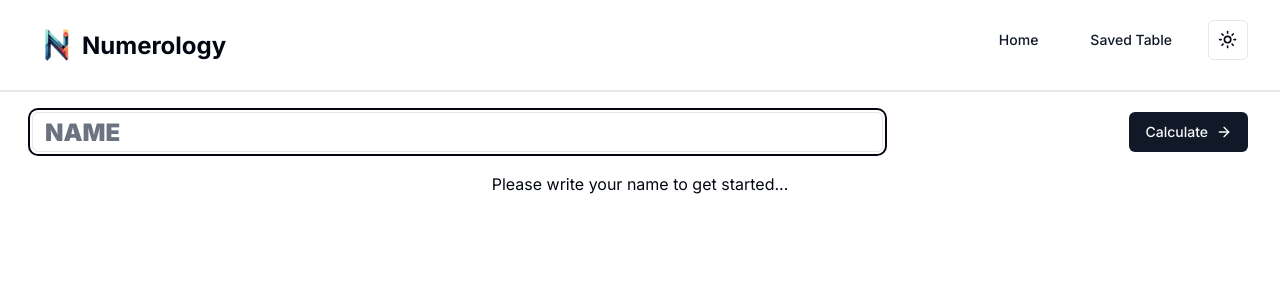
Repository: RaghunadhSahitDruvam/mynumerology
Page: /
These files come from the project's save history. The page is drawn as it stood at one moment and after the next save; the edit follows.
The browser window is 1280 px wide. The pictures show the whole page.
The project was rebuilt for these pictures with package versions that can differ from the ones it lists, and the page was loaded fresh each time. The framework's server and built-in components were replaced by stand-ins that run in the browser. Also part of the build but not shown: next.config.js, components/ui/alert-dialog.tsx.

Above is the page before, as saved 2023-12-21 16:06:43.

### app/layout.tsx
import type { Metadata } from "next";
import { Inter } from "next/font/google";
import "./globals.css";
import { ThemeProvider } from "@/components/theme-provider";

const inter = Inter({ subsets: ["latin"] });

export const metadata: Metadata = {
  title: "Numerology",
  description: "Officially designed by ⭐ Raghunadh ⭐",
};

export default function RootLayout({
  children,
}: {
  children: React.ReactNode;
}) {
  return (
    <html lang="en">
      <body className={inter.className}>
        {" "}
        <ThemeProvider
          attribute="class"
          defaultTheme="system"
          enableSystem
          disableTransitionOnChange
        >
          {children}
          {/* <Toaster /> */}
        </ThemeProvider>
      </body>
    </html>
  );
}

### app/page.tsx
// @ts-nocheck
"use client";
import React, { useEffect, useRef, useState } from "react";
import { Input } from "@/components/ui/input";
import { ToastContainer, toast } from "react-toastify";
import "react-toastify/dist/ReactToastify.css";

import { Button } from "@/components/ui/button";
import { ArrowRight } from "lucide-react";
import axios from "axios";
import Header from "@/components/header";
import { useRouter, useSearchParams } from "next/navigation";
import Link from "next/link";
import {
  AlertDialog,
  AlertDialogAction,
  AlertDialogCancel,
  AlertDialogContent,
  AlertDialogDescription,
  AlertDialogFooter,
  AlertDialogHeader,
  AlertDialogTitle,
  AlertDialogTrigger,
} from "@/components/ui/alert-dialog";

interface DataSource {
  name_g2_block?: string;
  name_g3_block?: string;
  g2tot?: number;
  g2vtot?: number;
  g2nettot?: number;
  g3tot?: number;
  g3vtot?: number;
  g3nettot?: number;
  tot_letters?: number;
}

const Page: React.FC = () => {
  let [textName, setTextName] = useState<string>("");
  const [dataSource, setDataSource] = useState<DataSource | null>(null);
  const [loading, setLoading] = useState<boolean>(false);
  const searchParams = useSearchParams();
  let search = searchParams.get("name");
  const router = useRouter();
  const saveHandler = async (dataSource: DataSource) => {
    setLoading(true);
    await axios
      .post("/api/save", {
        chaldean: dataSource.name_g2_block,
        pythogorous: dataSource.name_g3_block,
        tot_letters: dataSource.tot_letters,
        g2tot: dataSource.g2tot,
        g3tot: dataSource.g3tot,
        g2vtot: dataSource.g2vtot,
        g3vtot: dataSource.g3vtot,
        g2nettot: dataSource.g2nettot,
        g3nettot: dataSource.g3nettot,
      })
      .then((res) => {
        setLoading(false);
        toast.success("Name successfully added to Database ⭐!");
      })
      .catch((err) => toast.error(err));
  };

  useEffect(() => {
    // Set initial value only if it's different from the current state
    if (search !== null && search !== textName) {
      setTextName(search);
    }
  }, [search, textName]);

  const inputFocusRef = useRef(null);
  const buttonRef = useRef(null);
  useEffect(() => {
    inputFocusRef.current.focus();
    if (search !== null) {
      if (buttonRef.current) {
        buttonRef.current.click();
      }
    }
  }, []);
  const submitHandler = (e: React.FormEvent<HTMLFormElement>) => {
    e.preventDefault();
    axios
      .get(`https://phinzi.com/convert?name=${textName}`)
      .then((res) => setDataSource(res.data));
  };

  const updateURL = (newTextName: string) => {
    // Update the URL without a page reload
    router.push(
      `?name=${encodeURIComponent(
        newTextName
          .replaceAll(".", "")
          .replaceAll(",", "")
          .replaceAll(" - ", "")
          .replaceAll("-", "")
          .replaceAll(";", "")
          .replaceAll("(", "")
          .replaceAll(")", "")
          // .replaceAll("  ", " ")
          .replaceAll("[", "")
          .replaceAll("]", "")
      )}`
    );
  };

  return loading ? (
    <div className="flex items-center justify-center h-screen bg-gray-100">
      <div className="animate-spin h-12 w-12 border-t-2 border-b-2 border-gray-900 rounded-full" />
    </div>
  ) : (
    <div className="">
      <Header />

      <div>
        <form
          className="container gap flex justify-between"
          onSubmit={(e) => submitHandler(e)}
        >
          <Input
            type="text"
            placeholder="Name"
            className="w-[70%]"
            value={textName
              .replaceAll(".", "")
              .replaceAll(",", "")
              .replaceAll(" - ", "")
              .replaceAll("-", "")
              .replaceAll(";", "")
              .replaceAll("(", "")
              .replaceAll(")", "")
              // .replaceAll("  ", " ")
              .replaceAll("[", "")
              .replaceAll("]", "")}
            ref={inputFocusRef}
            onChange={(e) => {
              const newValue = e.target.value;
              setTextName(newValue);
              updateURL(newValue); // Update the URL when input changes
            }}
          />

          <Button type="submit" ref={buttonRef}>
            Calculate <ArrowRight className="ml-2 h-4 w-4" />
          </Button>
        </form>
      </div>
      {dataSource ? (
        <>
          <div className="container mt-[30px] flex items-start justify-start">
            <table
              border={2}
              className="border-4dark:border-white border-yellow-600"
            >
              <thead className="border-4 dark:border-white border-yellow-600 p-[20px]">
                <tr className="border-4 dark:border-white border-yellow-600">
                  <th className="border-4 dark:border-white border-yellow-600 bg-green-600 text-white  text-2xl font-[900]">
                    Grp.
                  </th>
                  <th className="border-4 dark:border-white border-yellow-600 bg-green-600 text-white  text-2xl font-[900]">
                    Name
                  </th>
                  <th className="border-4 dark:border-white border-yellow-600 bg-green-600 text-white  text-2xl font-[900]">
                    Total
                  </th>
                  <th className="border-4  dark:border-white border-yellow-600 bg-green-600 text-white  text-2xl font-[900]">
                    V
                  </th>
                  <th className="border-4px-[10px]  dark:border-white border-yellow-600 bg-green-600 text-white  text-2xl font-[900] text-2xl">
                    C
                  </th>
                </tr>
              </thead>
              <tbody className="border-4 dark:border-white border-yellow-600 text-[#960084] font-[900]">
                <tr className="border-4 dark:border-white border-yellow-600">
                  <td className="border-4 dark:border-white border-yellow-600 bg-green-600 text-white  text-2xl ">
                    C
                  </td>
                  <td className=" border-4 dark:border-white border-yellow-600 ">
                    <table
                      className=" table-padding text-2xl"
                      dangerouslySetInnerHTML={{
                        __html:
                          typeof dataSource !== "undefined" &&
                          dataSource?.name_g2_block,
                      }}
                    ></table>
                  </td>

                  <td className="border-4 dark:border-white border-yellow-600 text-2xl bg-green-600 text-white ">
                    {dataSource?.g2tot}
                  </td>
                  <td className="border-4 dark:border-white border-yellow-600 text-2xl bg-green-600 text-white ">
                    {" "}
                    {dataSource?.g2vtot}
                  </td>
                  <td className="border-4 dark:border-white border-yellow-600 text-2xl bg-green-600 text-white ">
                    {" "}
                    {dataSource?.g2nettot}
                  </td>
                </tr>
                <tr className="border-4 dark:border-white border-yellow-600">
                  <td className="border-4 dark:border-white border-yellow-600 bg-green-600 text-white  text-2xl ">
                    P
                  </td>
                  <td className=" border-4 dark:border-white border-yellow-600">
                    <table
                      className=" table-padding text-2xl"
                      dangerouslySetInnerHTML={{
                        __html:
                          typeof dataSource !== "undefined" &&
                          dataSource?.name_g3_block,
                      }}
                    ></table>
                  </td>

                  <td className="border-4 dark:border-white border-yellow-600 text-2xl bg-green-600 text-white ">
                    {dataSource?.g3tot}
                  </td>
                  <td className="border-4 dark:border-white border-yellow-600 text-2xl bg-green-600 text-white ">
                    {" "}
                    {dataSource?.g3vtot}
                  </td>
                  <td className="border-4 dark:border-white border-yellow-600 text-2xl bg-green-600 text-white ">
                    {" "}
                    {dataSource?.g3nettot}
                  </td>
                </tr>
              </tbody>
            </table>
          </div>
          <div className="container flex  items-start mt-[10px] justify-between">
            {" "}
            <span className="text-green-600  text-2xl font-[900]">
              Total Letters - {dataSource?.tot_letters}
            </span>
            <div className="">
              {/* <Button variant={"default"} className="mr-[10px]"> */}
              <AlertDialog>
                <AlertDialogTrigger>
                  <Button variant={"default"} className="mr-[10px]">
                    Save
                  </Button>
                </AlertDialogTrigger>
                <AlertDialogContent>
                  <AlertDialogHeader>
                    <AlertDialogTitle>
                      Are you absolutely sure?
                    </AlertDialogTitle>
                    <AlertDialogDescription>
                      Do you want to save this name -{" "}
                      <b>{textName.toUpperCase()}</b> ?
                    </AlertDialogDescription>
                  </AlertDialogHeader>
                  <AlertDialogFooter>
                    <AlertDialogCancel>Cancel</AlertDialogCancel>
                    <AlertDialogAction onClick={() => saveHandler(dataSource)}>
                      Continue
                    </AlertDialogAction>
                  </AlertDialogFooter>
                </AlertDialogContent>
              </AlertDialog>
              {/* </Button> */}
              <Link href={"/"}>
                <Button
                  variant={"destructive"}
                  onClick={() => {
                    setTextName(null);
                    setDataSource(null);
                  }}
                >
                  Cancel
                </Button>
              </Link>
            </div>
          </div>
        </>
      ) : (
        <>
          <div className="container flex justify-center align-middle">
            <h1>Please write your name to get started...</h1>
          </div>
        </>
      )}
      <ToastContainer
        position="top-right"
        autoClose={5000}
        hideProgressBar={false}
        newestOnTop={false}
        closeOnClick
        rtl={false}
        pauseOnFocusLoss
        draggable
        pauseOnHover
        theme="colored"
      />
    </div>
  );
};

export default Page;

### app/globals.css
@tailwind base;
@tailwind components;
@tailwind utilities;

@layer base {
  :root {
    --background: 0 0% 100%;
    --foreground: 224 71.4% 4.1%;

    --card: 0 0% 100%;
    --card-foreground: 224 71.4% 4.1%;

    --popover: 0 0% 100%;
    --popover-foreground: 224 71.4% 4.1%;

    --primary: 220.9 39.3% 11%;
    --primary-foreground: 210 20% 98%;

    --secondary: 220 14.3% 95.9%;
    --secondary-foreground: 220.9 39.3% 11%;

    --muted: 220 14.3% 95.9%;
    --muted-foreground: 220 8.9% 46.1%;

    --accent: 220 14.3% 95.9%;
    --accent-foreground: 220.9 39.3% 11%;

    --destructive: 0 84.2% 60.2%;
    --destructive-foreground: 210 20% 98%;

    --border: 220 13% 91%;
    --input: 220 13% 91%;
    --ring: 224 71.4% 4.1%;

    --radius: 0.5rem;
  }

  .dark {
    --background: 224 71.4% 4.1%;
    --foreground: 210 20% 98%;

    --card: 224 71.4% 4.1%;
    --card-foreground: 210 20% 98%;

    --popover: 224 71.4% 4.1%;
    --popover-foreground: 210 20% 98%;

    --primary: 210 20% 98%;
    --primary-foreground: 220.9 39.3% 11%;

    --secondary: 215 27.9% 16.9%;
    --secondary-foreground: 210 20% 98%;

    --muted: 215 27.9% 16.9%;
    --muted-foreground: 217.9 10.6% 64.9%;

    --accent: 215 27.9% 16.9%;
    --accent-foreground: 210 20% 98%;

    --destructive: 0 62.8% 30.6%;
    --destructive-foreground: 210 20% 98%;

    --border: 215 27.9% 16.9%;
    --input: 215 27.9% 16.9%;
    --ring: 216 12.2% 83.9%;
  }
}

@layer base {
  * {
    @apply border-border;
  }
  body {
    @apply bg-background text-foreground;
  }
  .container {
    @apply mx-[50px];
  }
  .mainHeading {
    @apply text-2xl font-bold;
  }
  .gap {
    @apply my-[20px];
  }
  .table-padding tbody > tr > td {
    @apply px-[15px];
  }
}

### components/ui/input.tsx
import * as React from "react";

import { cn } from "@/lib/utils";

export interface InputProps
  extends React.InputHTMLAttributes<HTMLInputElement> {}

const Input = React.forwardRef<HTMLInputElement, InputProps>(
  ({ className, type, ...props }, ref) => {
    return (
      <input
        type={type}
        className={cn(
          "flex h-10 w-full rounded-md border border-pink-600 border-input uppercase text-2xl bg-background text-blue-600 font-[1000] px-3 py-2  ring-offset-background file:border-0 file:bg-transparent file:text-sm file:font-medium placeholder:text-muted-foreground focus-visible:outline-none focus-visible:ring-2 focus-visible:ring-ring focus-visible:ring-offset-2 foc disabled:cursor-not-allowed disabled:opacity-50",
          className
        )}
        ref={ref}
        {...props}
      />
    );
  }
);
Input.displayName = "Input";

export { Input };

### components/ui/button.tsx
import * as React from "react"
import { Slot } from "@radix-ui/react-slot"
import { cva, type VariantProps } from "class-variance-authority"

import { cn } from "@/lib/utils"

const buttonVariants = cva(
  "inline-flex items-center justify-center rounded-md text-sm font-medium ring-offset-background transition-colors focus-visible:outline-none focus-visible:ring-2 focus-visible:ring-ring focus-visible:ring-offset-2 disabled:pointer-events-none disabled:opacity-50",
  {
    variants: {
      variant: {
        default: "bg-primary text-primary-foreground hover:bg-primary/90",
        destructive:
          "bg-destructive text-destructive-foreground hover:bg-destructive/90",
        outline:
          "border border-input bg-background hover:bg-accent hover:text-accent-foreground",
        secondary:
          "bg-secondary text-secondary-foreground hover:bg-secondary/80",
        ghost: "hover:bg-accent hover:text-accent-foreground",
        link: "text-primary underline-offset-4 hover:underline",
      },
      size: {
        default: "h-10 px-4 py-2",
        sm: "h-9 rounded-md px-3",
        lg: "h-11 rounded-md px-8",
        icon: "h-10 w-10",
      },
    },
    defaultVariants: {
      variant: "default",
      size: "default",
    },
  }
)

export interface ButtonProps
  extends React.ButtonHTMLAttributes<HTMLButtonElement>,
    VariantProps<typeof buttonVariants> {
  asChild?: boolean
}

const Button = React.forwardRef<HTMLButtonElement, ButtonProps>(
  ({ className, variant, size, asChild = false, ...props }, ref) => {
    const Comp = asChild ? Slot : "button"
    return (
      <Comp
        className={cn(buttonVariants({ variant, size, className }))}
        ref={ref}
        {...props}
      />
    )
  }
)
Button.displayName = "Button"

export { Button, buttonVariants }

### components/header.tsx
import React from "react";
import { ModeToggle } from "./mode";
import Link from "next/link";
import Image from "next/image";
import { Badge } from "./ui/badge";
import { Button } from "./ui/button";

const Header = () => {
  return (
    <div className={``}>
      <div className="flex my-[20px] mainHeading justify-between  container ">
        <Link href={"/"} className="flex align-middle text-center ">
          <Image src={"/images/logo.png"} alt="logo" height={50} width={50} />
          <span className="mt-[10px]">Numerology</span>
        </Link>
        <div className="flex gap-[20px]">
          <Link href={"/"}>
            <Button variant={"link"}>Home</Button>{" "}
          </Link>
          <Link href={"/data"}>
            <Button variant={"link"}>Saved Table</Button>{" "}
          </Link>
          <ModeToggle />
        </div>
      </div>
      <div className="border-b-2"></div>
    </div>
  );
};

export default Header;

### components/mode.tsx
"use client";

import * as React from "react";
import { Moon, Sun } from "lucide-react";
import { useTheme } from "next-themes";

import { Button } from "@/components/ui/button";
import {
  DropdownMenu,
  DropdownMenuContent,
  DropdownMenuItem,
  DropdownMenuTrigger,
} from "@/components/ui/dropdown-menu";

export function ModeToggle() {
  const { setTheme } = useTheme();

  return (
    <DropdownMenu>
      <DropdownMenuTrigger asChild>
        <Button variant="outline" size="icon" className="align-middle">
          <Sun className="h-[1.2rem]  w-[1.2rem] rotate-0 scale-100 transition-all dark:-rotate-90 dark:scale-0" />
          <Moon className="absolute  h-[1.2rem] w-[1.2rem] rotate-90 scale-0 transition-all dark:rotate-0 dark:scale-100" />
          <span className="sr-only">Toggle theme</span>
        </Button>
      </DropdownMenuTrigger>
      <DropdownMenuContent align="end">
        <DropdownMenuItem onClick={() => setTheme("light")}>
          Light
        </DropdownMenuItem>
        <DropdownMenuItem onClick={() => setTheme("dark")}>
          Dark
        </DropdownMenuItem>
        <DropdownMenuItem onClick={() => setTheme("system")}>
          System
        </DropdownMenuItem>
      </DropdownMenuContent>
    </DropdownMenu>
  );
}

### components/ui/dropdown-menu.tsx
import * as React from "react"
import * as DropdownMenuPrimitive from "@radix-ui/react-dropdown-menu"
import { Check, ChevronRight, Circle } from "lucide-react"

import { cn } from "@/lib/utils"

const DropdownMenu = DropdownMenuPrimitive.Root

const DropdownMenuTrigger = DropdownMenuPrimitive.Trigger

const DropdownMenuGroup = DropdownMenuPrimitive.Group

const DropdownMenuPortal = DropdownMenuPrimitive.Portal

const DropdownMenuSub = DropdownMenuPrimitive.Sub

const DropdownMenuRadioGroup = DropdownMenuPrimitive.RadioGroup

const DropdownMenuSubTrigger = React.forwardRef<
  React.ElementRef<typeof DropdownMenuPrimitive.SubTrigger>,
  React.ComponentPropsWithoutRef<typeof DropdownMenuPrimitive.SubTrigger> & {
    inset?: boolean
  }
>(({ className, inset, children, ...props }, ref) => (
  <DropdownMenuPrimitive.SubTrigger
    ref={ref}
    className={cn(
      "flex cursor-default select-none items-center rounded-sm px-2 py-1.5 text-sm outline-none focus:bg-accent data-[state=open]:bg-accent",
      inset && "pl-8",
      className
    )}
    {...props}
  >
    {children}
    <ChevronRight className="ml-auto h-4 w-4" />
  </DropdownMenuPrimitive.SubTrigger>
))
DropdownMenuSubTrigger.displayName =
  DropdownMenuPrimitive.SubTrigger.displayName

const DropdownMenuSubContent = React.forwardRef<
  React.ElementRef<typeof DropdownMenuPrimitive.SubContent>,
  React.ComponentPropsWithoutRef<typeof DropdownMenuPrimitive.SubContent>
>(({ className, ...props }, ref) => (
  <DropdownMenuPrimitive.SubContent
    ref={ref}
    className={cn(
      "z-50 min-w-[8rem] overflow-hidden rounded-md border bg-popover p-1 text-popover-foreground shadow-lg data-[state=open]:animate-in data-[state=closed]:animate-out data-[state=closed]:fade-out-0 data-[state=open]:fade-in-0 data-[state=closed]:zoom-out-95 data-[state=open]:zoom-in-95 data-[side=bottom]:slide-in-from-top-2 data-[side=left]:slide-in-from-right-2 data-[side=right]:slide-in-from-left-2 data-[side=top]:slide-in-from-bottom-2",
      className
    )}
    {...props}
  />
))
DropdownMenuSubContent.displayName =
  DropdownMenuPrimitive.SubContent.displayName

const DropdownMenuContent = React.forwardRef<
  React.ElementRef<typeof DropdownMenuPrimitive.Content>,
  React.ComponentPropsWithoutRef<typeof DropdownMenuPrimitive.Content>
>(({ className, sideOffset = 4, ...props }, ref) => (
  <DropdownMenuPrimitive.Portal>
    <DropdownMenuPrimitive.Content
      ref={ref}
      sideOffset={sideOffset}
      className={cn(
        "z-50 min-w-[8rem] overflow-hidden rounded-md border bg-popover p-1 text-popover-foreground shadow-md data-[state=open]:animate-in data-[state=closed]:animate-out data-[state=closed]:fade-out-0 data-[state=open]:fade-in-0 data-[state=closed]:zoom-out-95 data-[state=open]:zoom-in-95 data-[side=bottom]:slide-in-from-top-2 data-[side=left]:slide-in-from-right-2 data-[side=right]:slide-in-from-left-2 data-[side=top]:slide-in-from-bottom-2",
        className
      )}
      {...props}
    />
  </DropdownMenuPrimitive.Portal>
))
DropdownMenuContent.displayName = DropdownMenuPrimitive.Content.displayName

const DropdownMenuItem = React.forwardRef<
  React.ElementRef<typeof DropdownMenuPrimitive.Item>,
  React.ComponentPropsWithoutRef<typeof DropdownMenuPrimitive.Item> & {
    inset?: boolean
  }
>(({ className, inset, ...props }, ref) => (
  <DropdownMenuPrimitive.Item
    ref={ref}
    className={cn(
      "relative flex cursor-default select-none items-center rounded-sm px-2 py-1.5 text-sm outline-none transition-colors focus:bg-accent focus:text-accent-foreground data-[disabled]:pointer-events-none data-[disabled]:opacity-50",
      inset && "pl-8",
      className
    )}
    {...props}
  />
))
DropdownMenuItem.displayName = DropdownMenuPrimitive.Item.displayName

const DropdownMenuCheckboxItem = React.forwardRef<
  React.ElementRef<typeof DropdownMenuPrimitive.CheckboxItem>,
  React.ComponentPropsWithoutRef<typeof DropdownMenuPrimitive.CheckboxItem>
>(({ className, children, checked, ...props }, ref) => (
  <DropdownMenuPrimitive.CheckboxItem
    ref={ref}
    className={cn(
      "relative flex cursor-default select-none items-center rounded-sm py-1.5 pl-8 pr-2 text-sm outline-none transition-colors focus:bg-accent focus:text-accent-foreground data-[disabled]:pointer-events-none data-[disabled]:opacity-50",
      className
    )}
    checked={checked}
    {...props}
  >
    <span className="absolute left-2 flex h-3.5 w-3.5 items-center justify-center">
      <DropdownMenuPrimitive.ItemIndicator>
        <Check className="h-4 w-4" />
      </DropdownMenuPrimitive.ItemIndicator>
    </span>
    {children}
  </DropdownMenuPrimitive.CheckboxItem>
))
DropdownMenuCheckboxItem.displayName =
  DropdownMenuPrimitive.CheckboxItem.displayName

const DropdownMenuRadioItem = React.forwardRef<
  React.ElementRef<typeof DropdownMenuPrimitive.RadioItem>,
  React.ComponentPropsWithoutRef<typeof DropdownMenuPrimitive.RadioItem>
>(({ className, children, ...props }, ref) => (
  <DropdownMenuPrimitive.RadioItem
    ref={ref}
    className={cn(
      "relative flex cursor-default select-none items-center rounded-sm py-1.5 pl-8 pr-2 text-sm outline-none transition-colors focus:bg-accent focus:text-accent-foreground data-[disabled]:pointer-events-none data-[disabled]:opacity-50",
      className
    )}
    {...props}
  >
    <span className="absolute left-2 flex h-3.5 w-3.5 items-center justify-center">
      <DropdownMenuPrimitive.ItemIndicator>
        <Circle className="h-2 w-2 fill-current" />
      </DropdownMenuPrimitive.ItemIndicator>
    </span>
    {children}
  </DropdownMenuPrimitive.RadioItem>
))
DropdownMenuRadioItem.displayName = DropdownMenuPrimitive.RadioItem.displayName

const DropdownMenuLabel = React.forwardRef<
  React.ElementRef<typeof DropdownMenuPrimitive.Label>,
  React.ComponentPropsWithoutRef<typeof DropdownMenuPrimitive.Label> & {
    inset?: boolean
  }
>(({ className, inset, ...props }, ref) => (
  <DropdownMenuPrimitive.Label
    ref={ref}
    className={cn(
      "px-2 py-1.5 text-sm font-semibold",
      inset && "pl-8",
      className
    )}
    {...props}
  />
))
DropdownMenuLabel.displayName = DropdownMenuPrimitive.Label.displayName

const DropdownMenuSeparator = React.forwardRef<
  React.ElementRef<typeof DropdownMenuPrimitive.Separator>,
  React.ComponentPropsWithoutRef<typeof DropdownMenuPrimitive.Separator>
>(({ className, ...props }, ref) => (
  <DropdownMenuPrimitive.Separator
    ref={ref}
    className={cn("-mx-1 my-1 h-px bg-muted", className)}
    {...props}
  />
))
DropdownMenuSeparator.displayName = DropdownMenuPrimitive.Separator.displayName

const DropdownMenuShortcut = ({
  className,
  ...props
}: React.HTMLAttributes<HTMLSpanElement>) => {
  return (
    <span
      className={cn("ml-auto text-xs tracking-widest opacity-60", className)}
      {...props}
    />
  )
}
DropdownMenuShortcut.displayName = "DropdownMenuShortcut"

export {
  DropdownMenu,
  DropdownMenuTrigger,
  DropdownMenuContent,
  DropdownMenuItem,
  DropdownMenuCheckboxItem,
  DropdownMenuRadioItem,
  DropdownMenuLabel,
  DropdownMenuSeparator,
  DropdownMenuShortcut,
  DropdownMenuGroup,
  DropdownMenuPortal,
  DropdownMenuSub,
  DropdownMenuSubContent,
  DropdownMenuSubTrigger,
  DropdownMenuRadioGroup,
}

Loaded but not shown: components/theme-provider.tsx (common file); lib/utils.ts (common file); tailwind.config.js (common file)

After the next save:
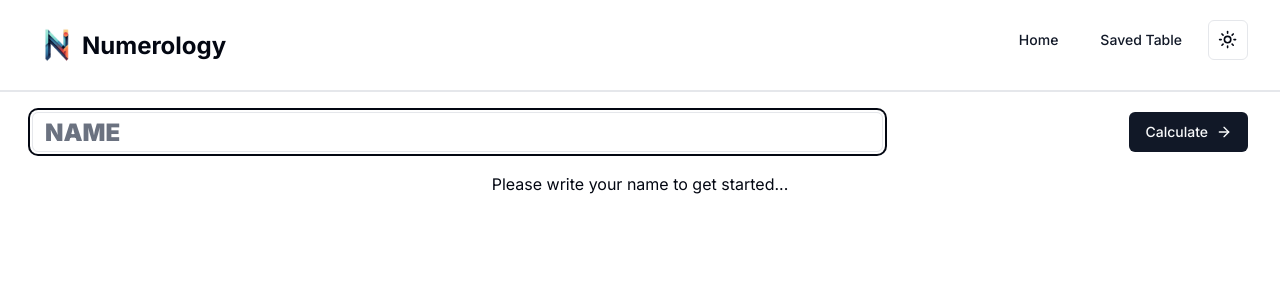
Saved 7 s later.
--- a/components/header.tsx
+++ b/components/header.tsx
@@ -13,7 +13,7 @@ const Header = () => {
           <Image src={"/images/logo.png"} alt="logo" height={50} width={50} />
           <span className="mt-[10px]">Numerology</span>
         </Link>
-        <div className="flex gap-[20px]">
+        <div className="flex gap-[10px]">
           <Link href={"/"}>
             <Button variant={"link"}>Home</Button>{" "}
           </Link>
